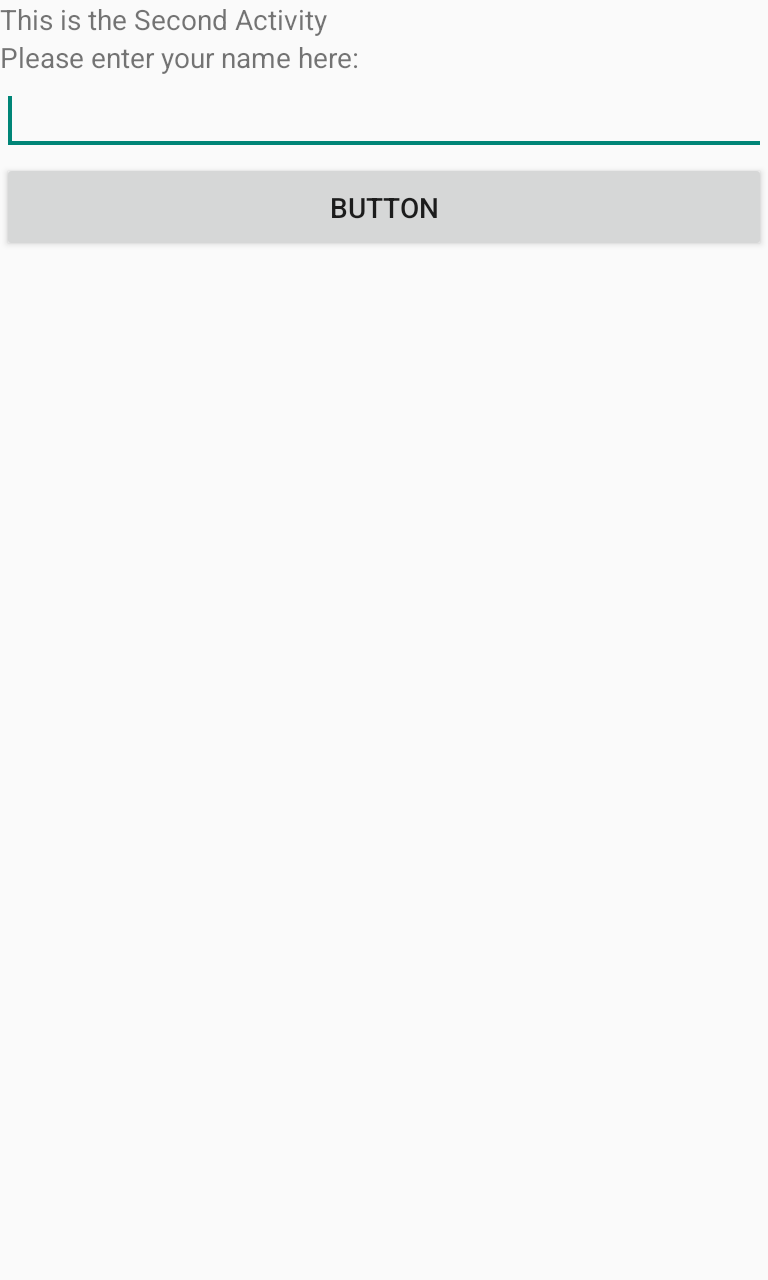
Repository: zieckey/androidworkspace
Layout: UsingIntent/res/layout/second_activity.xml
An editor plug-in stored every save of this project. The layout is shown before and after the next save, followed by the edit.
It is drawn on a 768 x 1280 px phone screen (xhdpi) without system bars, with theme AppTheme; the app's code is not run.

Above is the layout before, as saved 2014-09-06 08:32:42.

After the next save:
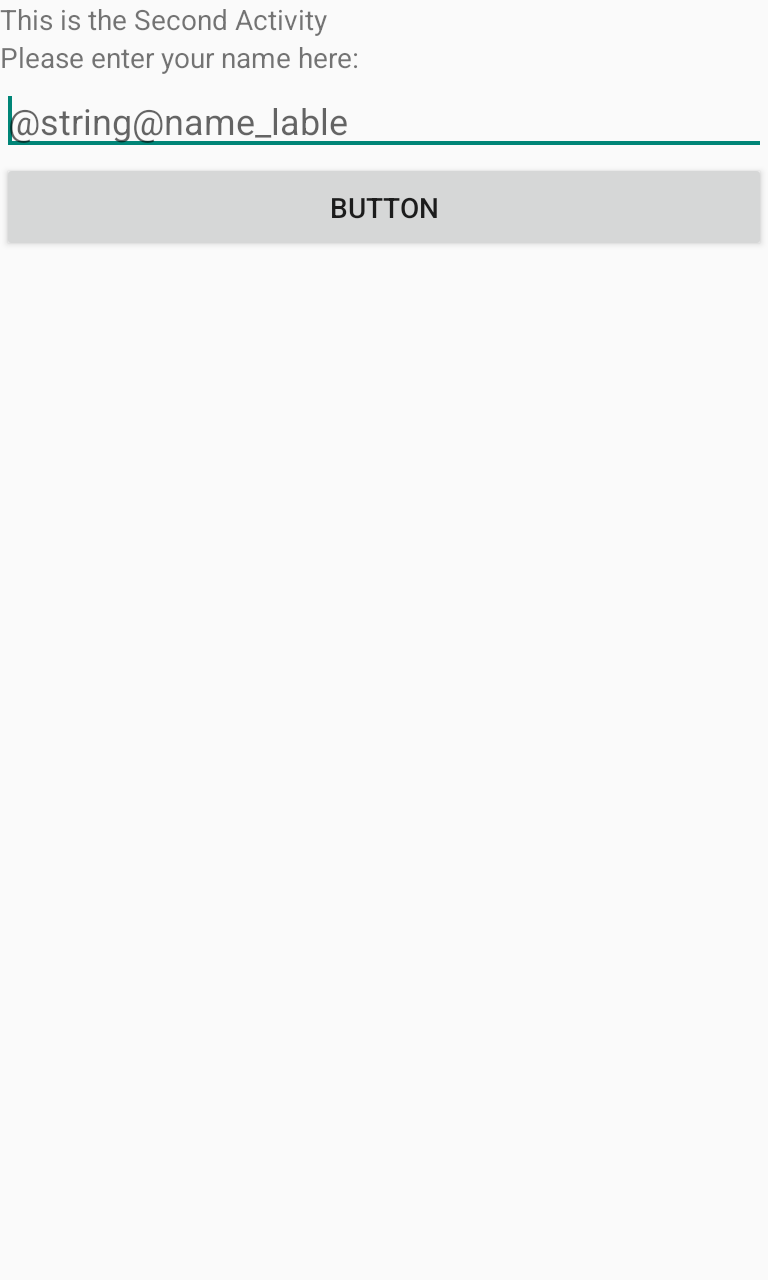
Saved 43 s later.
--- a/UsingIntent/res/layout/second_activity.xml
+++ b/UsingIntent/res/layout/second_activity.xml
@@ -19,6 +19,7 @@
         android:id="@+id/editText1"
         android:layout_width="match_parent"
         android:layout_height="wrap_content"
+        android:hint="@string@name_lable"
         android:ems="10" >
 
         <requestFocus />
